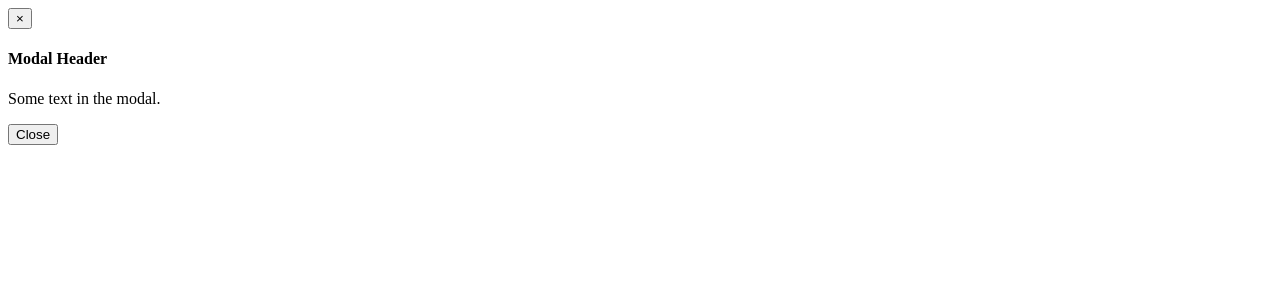
Repository: gohanmystic/T04_webraovat
Page: webraovat/webraovat/WebContent/app/admin/user/user-delete-dialog.html
These files come from the project's save history. The page is drawn as it stood at one moment and after the next save; the edit follows.
The browser window is 1280 px wide. The pictures show the whole page.

Above is the page before, as saved 2017-12-01 10:04:36.

### webraovat/webraovat/WebContent/app/admin/user/user-delete-dialog.html

    <!-- Modal content-->
      <div class="modal-header">
        <button type="button" class="close" data-dismiss="modal">&times;</button>
        <h4 class="modal-title">Modal Header</h4>
      </div>
      <div class="modal-body">
        <p>Some text in the modal.</p>
      </div>
      <div class="modal-footer">
        <button type="button" class="btn btn-default" data-dismiss="modal">Close</button>
      </div>

After the next save:
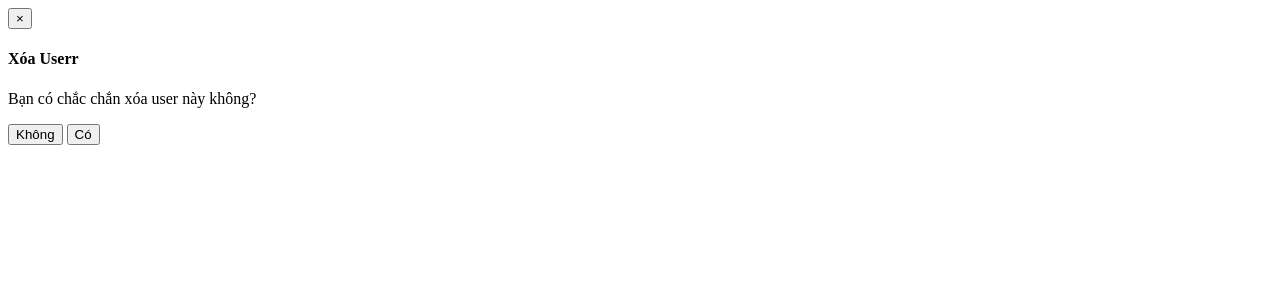
Saved 3 min 18 s later.
--- a/webraovat/webraovat/WebContent/app/admin/user/user-delete-dialog.html
+++ b/webraovat/webraovat/WebContent/app/admin/user/user-delete-dialog.html
@@ -1,12 +1,11 @@
-
-    <!-- Modal content-->
-      <div class="modal-header">
-        <button type="button" class="close" data-dismiss="modal">&times;</button>
-        <h4 class="modal-title">Modal Header</h4>
-      </div>
-      <div class="modal-body">
-        <p>Some text in the modal.</p>
-      </div>
-      <div class="modal-footer">
-        <button type="button" class="btn btn-default" data-dismiss="modal">Close</button>
-      </div>
+<div class="modal-header">
+	<button type="button" class="close" data-dismiss="modal">&times;</button>
+	<h4 class="modal-title">Xóa Userr</h4>
+</div>
+<div class="modal-body">
+	<p>Bạn có chắc chắn xóa user này không?</p>
+</div>
+<div class="modal-footer">
+	<button type="button" class="btn btn-default" data-dismiss="modal" ng-click="vm.no()">Không</button>
+	<button type="button" class="btn btn-default" data-dismiss="modal" ng-click="vm.yes()">Có</button>
+</div>
